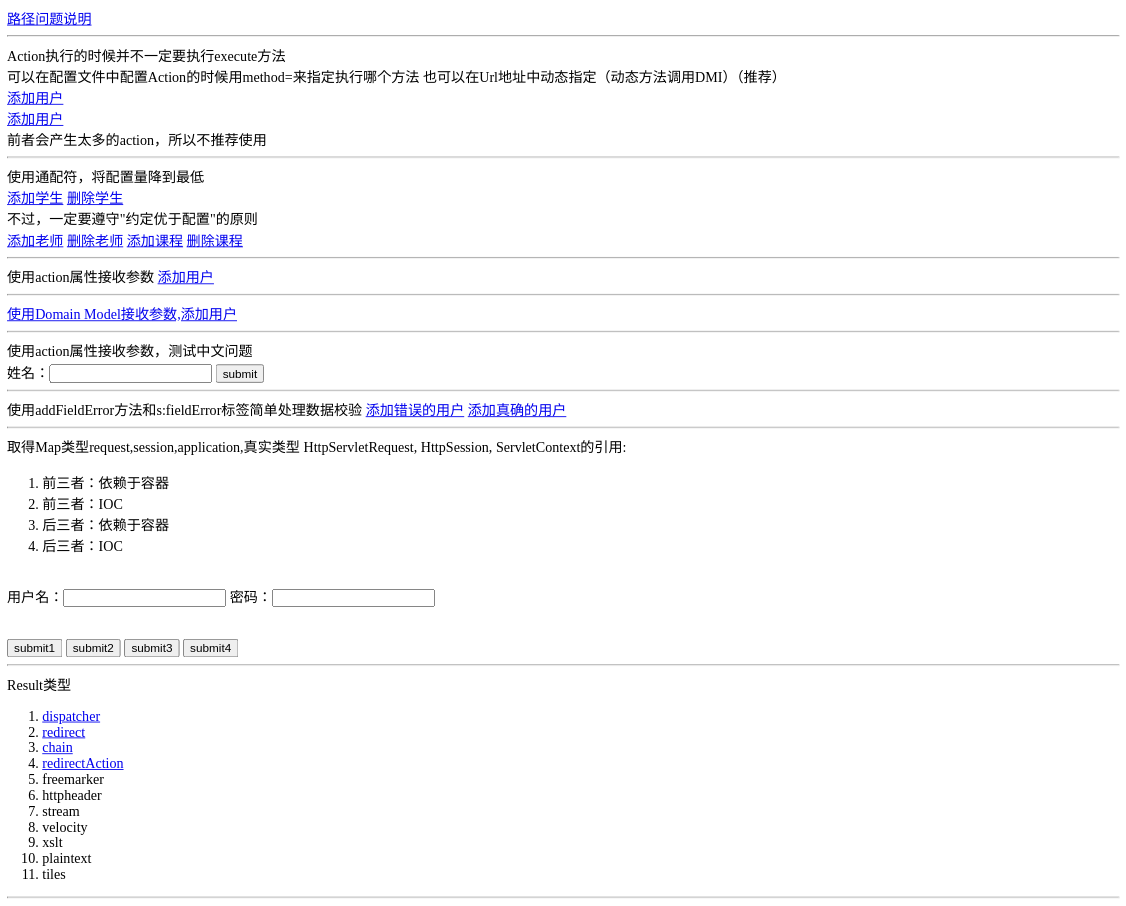
Repository: chellong/StrutsBasic
Page: http://localhost/Struts2.3Sx_1/
The author's editor kept a copy of each file at every save. The page is drawn from the files as they stood at one save, then again after a run of saves.
The browser window is 1280 px wide. The pictures show the whole page, at 88% of full size.
The page is served by Tomcat 9. Nobody is signed in. The application's start-up code is not run.

Above is the page before, as saved 2016-01-23 16:11:42.

After the next 3 saves:
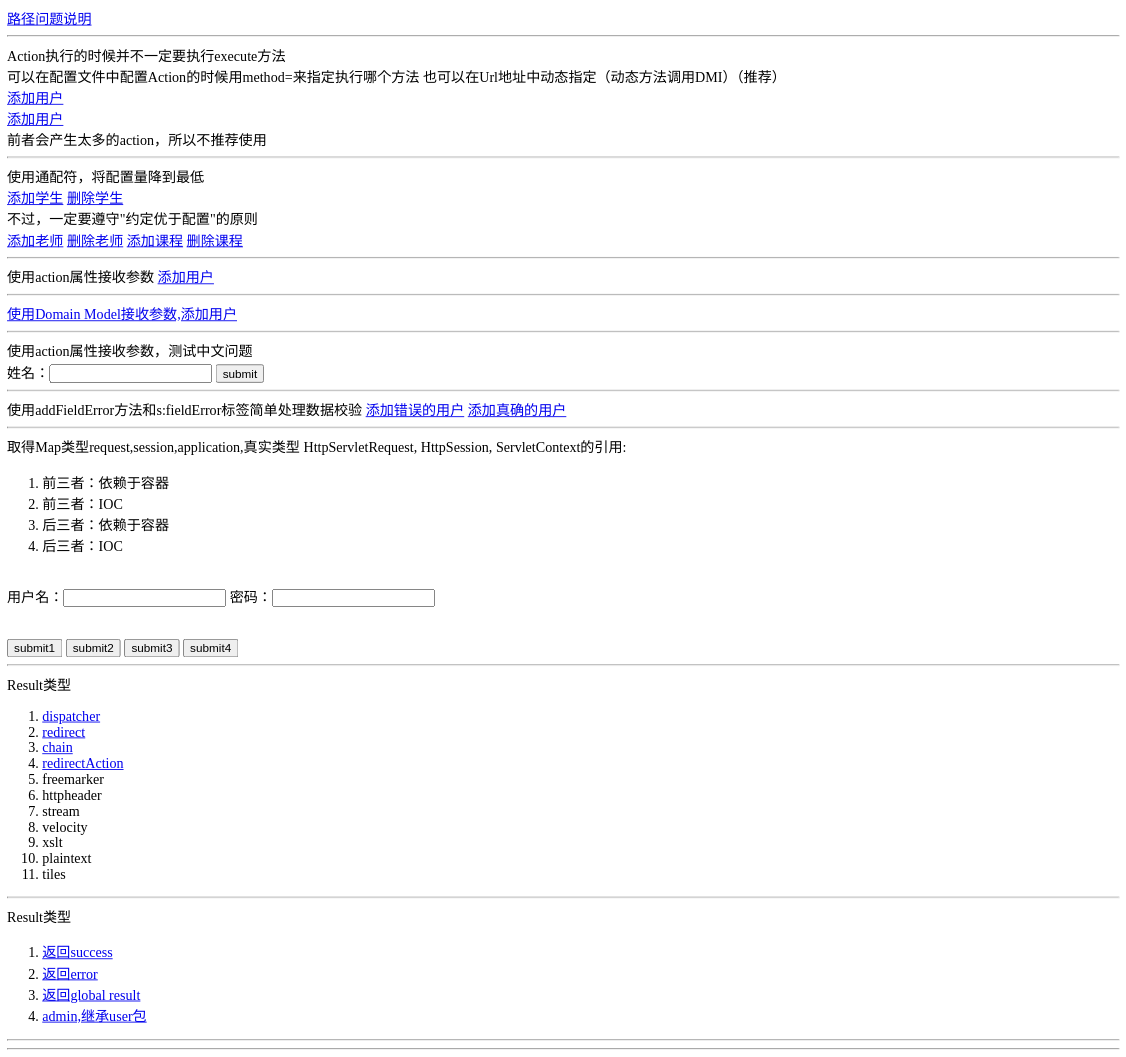
The 3 saves are shown as one change because they came seconds apart.
The last was saved 57 s later.
--- a/Struts2.3Sx_1/WebContent/index.jsp
+++ b/Struts2.3Sx_1/WebContent/index.jsp
@@ -106,5 +106,17 @@
 
 	<hr style="border: 1 dashed #987cb9" />
 
+
+	Result类型
+	<ol>
+		<li><a href="user/user?type=1">返回success</a></li>
+		<li><a href="user/user?type=2">返回error</a></li>
+		<li><a href="user/user?type=3">返回global result</a></li>
+		<li><a href="admin/admin">admin,继承user包</a></li>
+	</ol>
+
+	<hr style="border: 1 dashed #987cb9" />
+
+	<hr style="border: 1 dashed #987cb9" />
 </body>
 </html>
